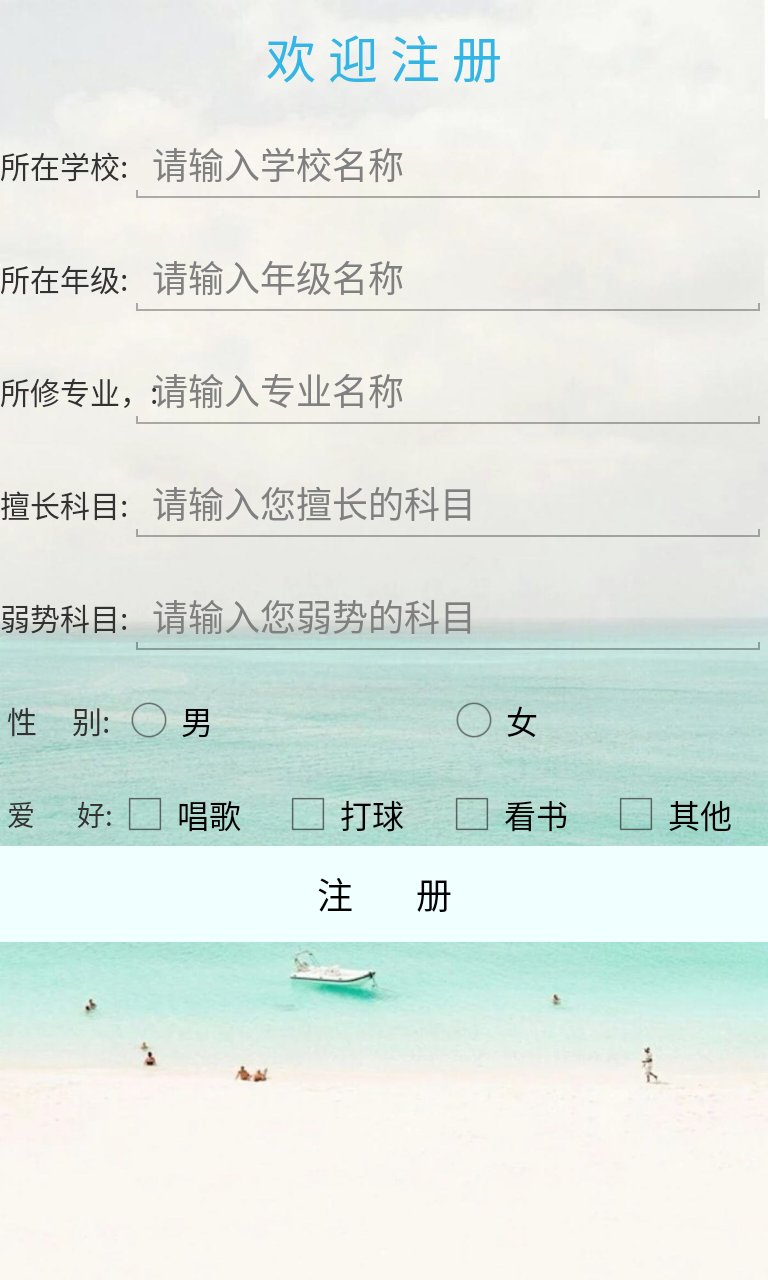
Repository: 17390089054/android
Layout: learning/res/layout/activity_main.xml
An editor plug-in stored every save of this project. The layout is shown before and after the next save, followed by the edit.
It is drawn on a 768 x 1280 px phone screen (xhdpi) without system bars, with theme AppTheme; the app's code is not run.

Above is the layout before, as saved 2018-05-01 10:24:40.

After the next save:
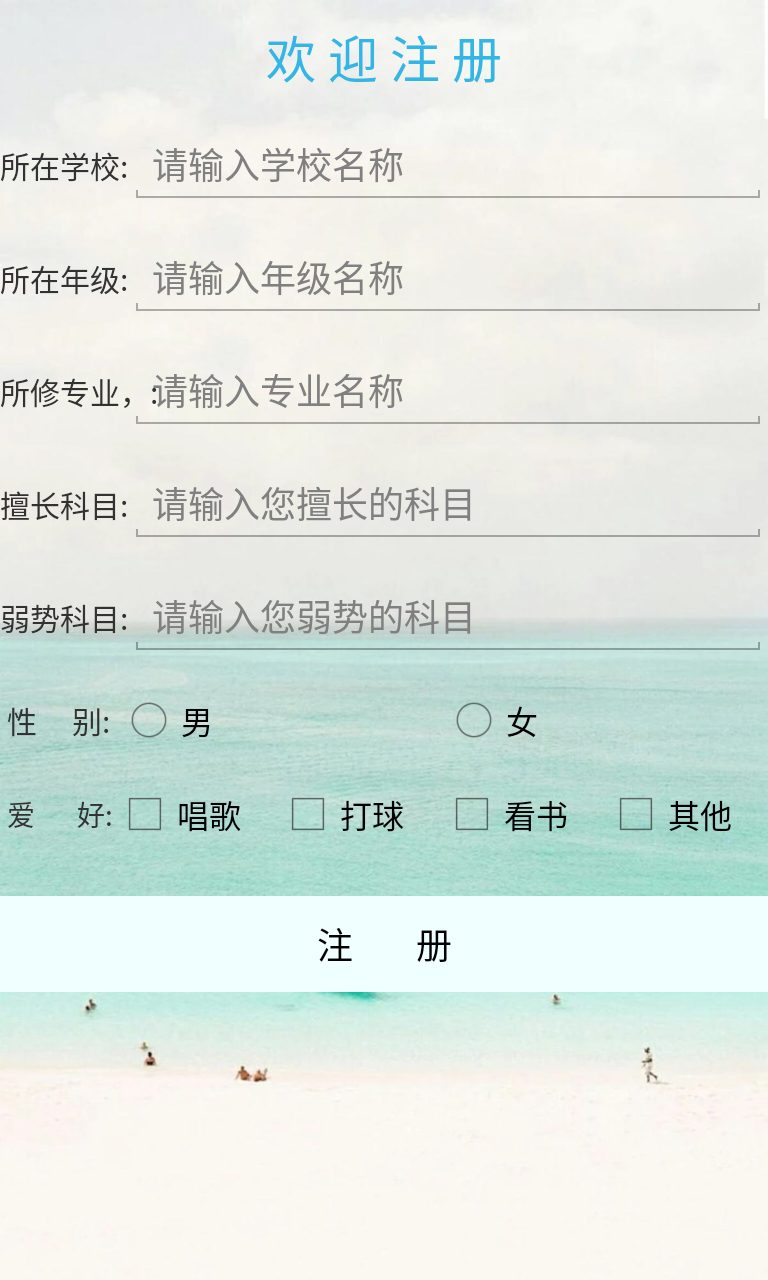
Saved 41 s later.
--- a/learning/res/layout/activity_main.xml
+++ b/learning/res/layout/activity_main.xml
@@ -222,6 +222,7 @@
 	  	android:gravity="center"
 	    android:text="注       册"
 	    android:background="#f0ffff"
+	    android:layout_marginTop="25dp"
 		android:layout_gravity="bottom"
 	    />
 
